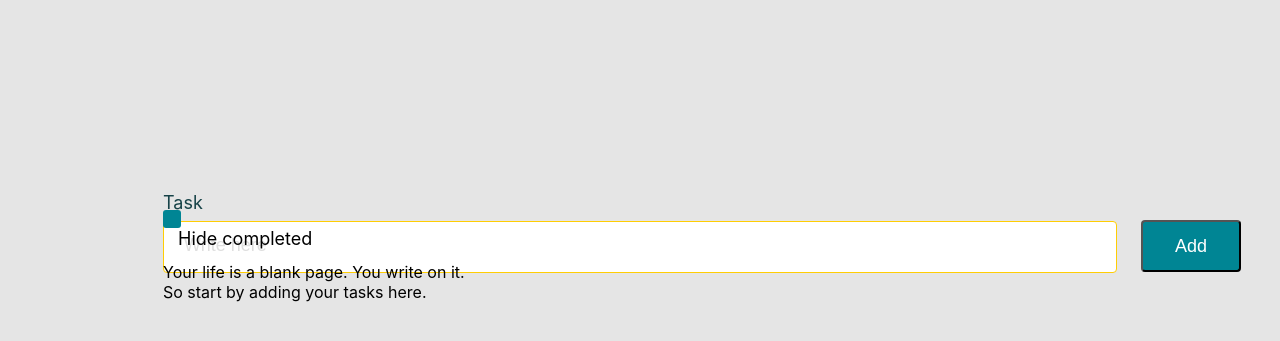
Repository: ArusyakAghajanyan/ToDoMamble
Page: /
The author's editor kept a copy of each file at every save. The page is drawn from the files as they stood at one save, then again after the next save.
The browser window is 1280 px wide. The pictures show the whole page.
The project was rebuilt for these pictures with package versions that can differ from the ones it lists, and the page was loaded fresh each time. Also part of the build but not shown: src/components/toDoItem.css, src/components/ToDoItem.jsx, src/components/confirm.css, src/components/Confirm.jsx.

Above is the page before, as saved 2022-05-25 12:55:10.

After the next save:
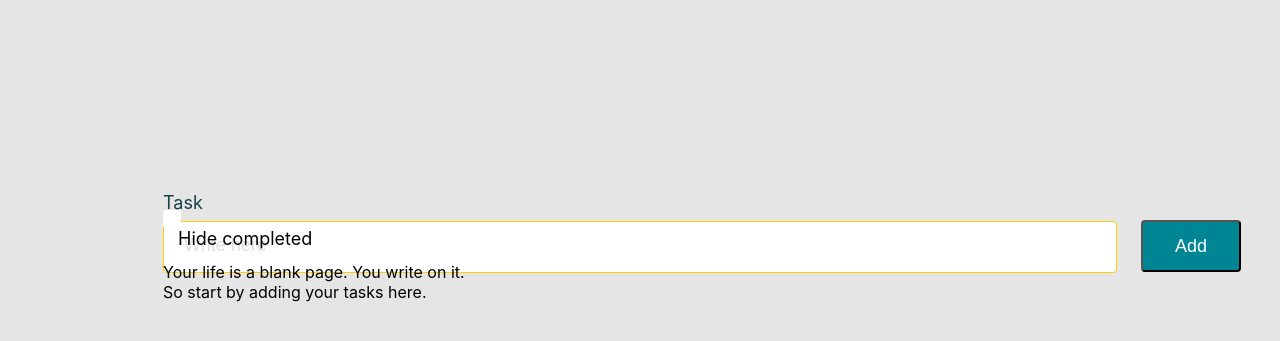
Saved 35 s later.
--- a/src/App.css
+++ b/src/App.css
@@ -44,7 +44,7 @@ input[type="checkbox"]{
   -webkit-appearance: none;
   height: 18px;
   width: 18px;
-  background-color: #008594;
+  background-color: #FFFFFF;
   border-radius: 3px;
   cursor: pointer;
   display: flex;
